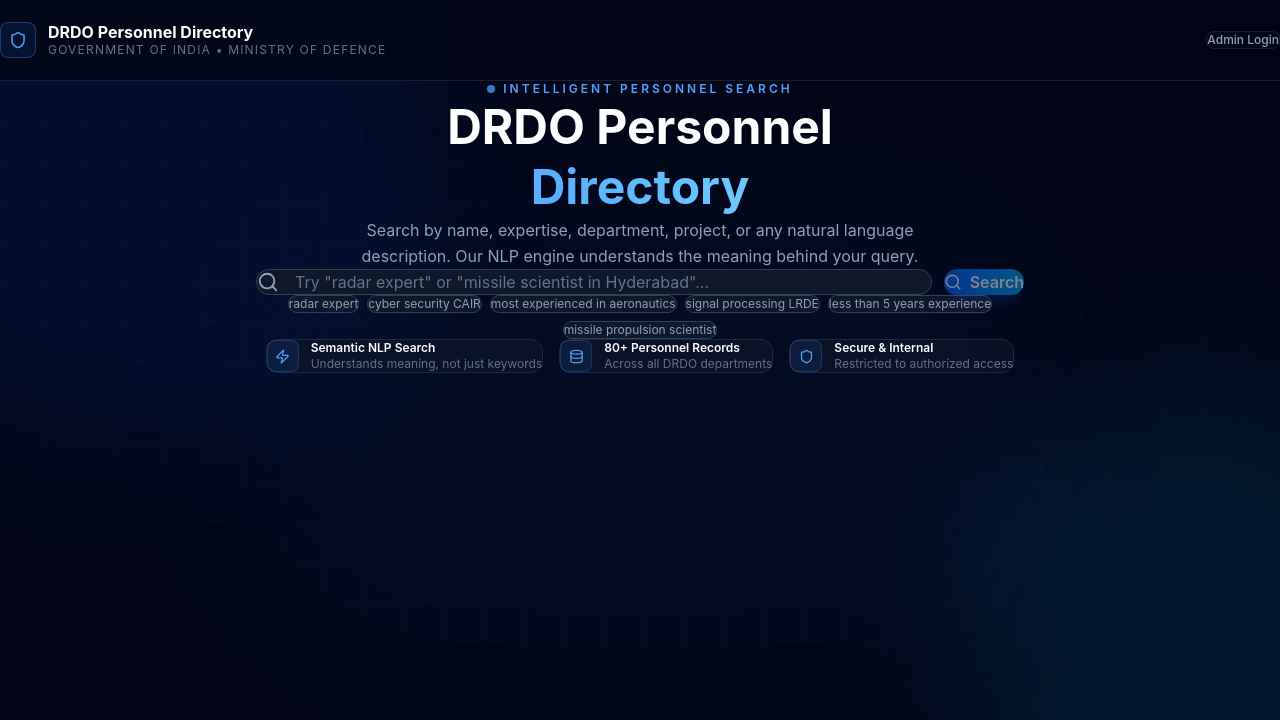
Repository: Mandeepigdtuw/DRDO-Directory
Page: / (app in frontend/)
An editor plug-in stored every save of this project. The page is shown before and after the next save, followed by the edit.
The browser window is 1280 px wide. The pictures show the whole page.
The project was rebuilt for these pictures with package versions that can differ from the ones it lists, and the page was loaded fresh each time. Also part of the build but not shown: frontend/vite.config.js, frontend/src/components/PersonnelCard.jsx, frontend/src/components/ProfileModal.jsx, frontend/src/pages/AdminLogin.jsx, frontend/src/pages/AdminDashboard.jsx, frontend/src/pages/ManagePersonnel.jsx, frontend/src/pages/AddPersonnel.jsx, frontend/src/pages/EditPersonnel.jsx and 2 more.

Above is the page before, as saved 2026-07-23 02:41:13.

After the next save:
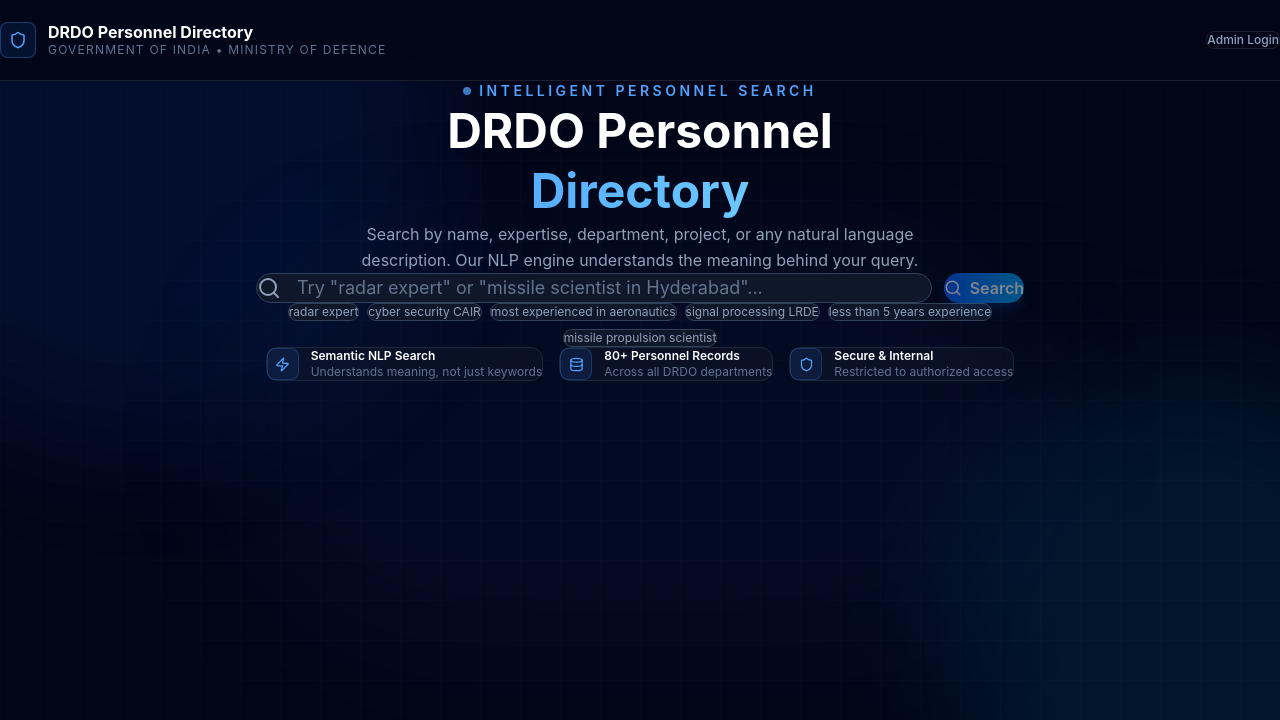
Saved 8 min 23 s later.
--- a/frontend/src/pages/SearchPage.jsx
+++ b/frontend/src/pages/SearchPage.jsx
@@ -146,12 +146,12 @@
         <Navbar isAdmin={false} />
 
         {/* Hero Section */}
-        <div className="flex flex-col items-center justify-center px-6 pt-20 pb-12">
+        <div className="flex flex-col items-center justify-center px-6 pt-24 pb-16">
 
           {/* Badge */}
           <div className="flex items-center gap-2 mb-6">
             <div className="w-2 h-2 rounded-full bg-blue-400 animate-pulse" />
-            <span className="text-blue-400 text-xs font-semibold uppercase tracking-[0.25em]">
+            <span className="text-blue-400 text-sm font-semibold uppercase tracking-[0.25em]">
               Intelligent Personnel Search
             </span>
           </div>
@@ -171,16 +171,16 @@
           </p>
 
           {/* Search Bar */}
-          <div className="w-full max-w-3xl flex gap-3 mb-5">
-            <div className="flex-1 flex items-center bg-slate-900 border border-slate-700 hover:border-slate-500 focus-within:border-blue-500 focus-within:ring-4 focus-within:ring-blue-500/10 rounded-2xl px-5 gap-4 transition-all">
-              <Search className="text-slate-400 shrink-0" size={22} />
+          <div className="w-full max-w-3xl flex gap-3 mb-6">
+            <div className="flex-1 flex items-center bg-slate-900 border border-slate-700 hover:border-slate-500 focus-within:border-blue-500 focus-within:ring-4 focus-within:ring-blue-500/10 rounded-2xl px-5 gap-4 transition-xl">
+              <Search className="text-slate-400 shrink-0" size={24} />
               <input
                 type="text"
                 value={query}
                 onChange={(e) => setQuery(e.target.value)}
                 onKeyDown={handleKeyDown}
                 placeholder='Try "radar expert" or "missile scientist in Hyderabad"...'
-                className="flex-1 bg-transparent text-white py-5 outline-none placeholder-slate-500 text-base"
+                className="flex-1 bg-transparent text-white py-6 outline-none placeholder-slate-500 text-lg"
               />
               {query && (
                 <button
